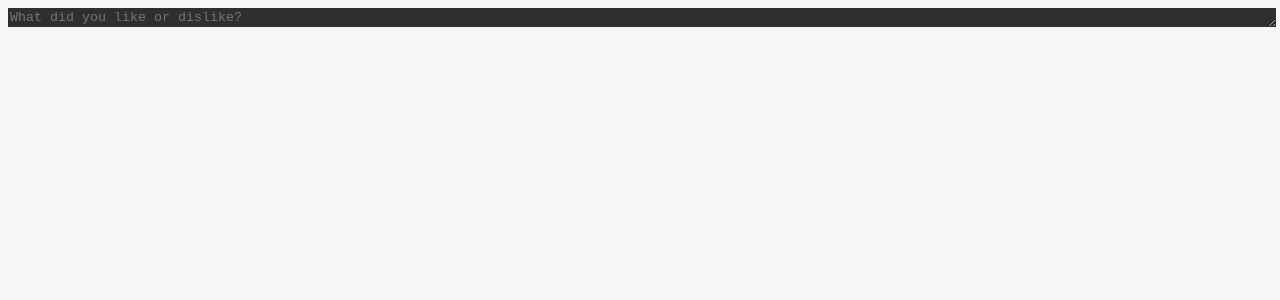
Repository: toasted226/onehandkeyboard
Page: /
These files come from the project's save history. The page is drawn as it stood at one moment and after the next save; the edit follows.
The browser window is 1280 px wide. The pictures show the whole page.
The project was rebuilt for these pictures with package versions that can differ from the ones it lists, and the page was loaded fresh each time. Also part of the build but not shown: vite.config.ts, src/App.css.

Above is the page before, as saved 2023-07-22 17:46:00.

### src/App.tsx
import "./App.css";
import Textbox from "./Textbox";

function App() {
  return (
    <div>
      <Textbox />
    </div>
  );
}

export default App;

### src/Textbox.tsx
import { useState, useRef } from "react";
import useAutosizeTextArea from "./useAutosizeTextArea";
import "./Textbox.css";

function Textbox() {
    const [value, setValue] = useState("");
    const textAreaRef = useRef<HTMLTextAreaElement>(null);

    useAutosizeTextArea(textAreaRef.current, value);

    const handleChange = (evt: React.ChangeEvent<HTMLTextAreaElement>) => {
        const val = evt.target?.value;

        setValue(val);
    };

    return (
        <>
            <textarea
                className="textbox"
                onChange={handleChange}
                placeholder="What did you like or dislike?"
                ref={textAreaRef}
                rows={1}
                value={value}>

                </textarea>
        </>
    );
}

export default Textbox;

### src/useAutosizeTextArea.ts
import { useEffect } from "react";

// Updates the height of a <textarea> when the value changes.
const useAutosizeTextArea = (
  textAreaRef: HTMLTextAreaElement | null,
  value: string
) => {
  useEffect(() => {
    if (textAreaRef) {
      // We need to reset the height momentarily to get the correct scrollHeight for the textarea
      textAreaRef.style.height = "0px";
      const scrollHeight = textAreaRef.scrollHeight;

      // We then set the height directly, outside of the render loop
      // Trying to set this with state or a ref will product an incorrect value.
      textAreaRef.style.height = scrollHeight + "px";
    }
  }, [textAreaRef, value]);
};

export default useAutosizeTextArea;

### src/Textbox.css
.textbox {
    width: 100%;
    height: 100%;
    background-color: #2f2f2f;
    border: none;
}

Loaded but not shown: index.html (common file); src/main.tsx (common file); src/styles.css (common file)

After the next save:
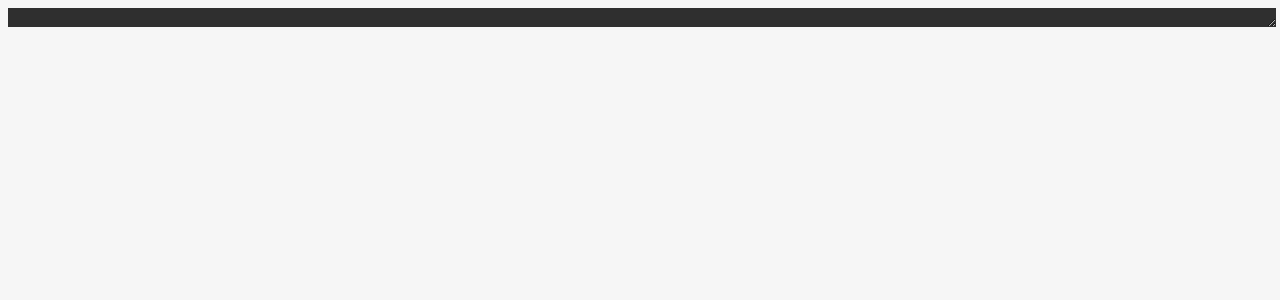
Saved 19 s later.
--- a/src/Textbox.tsx
+++ b/src/Textbox.tsx
@@ -19,7 +19,7 @@ function Textbox() {
             <textarea
                 className="textbox"
                 onChange={handleChange}
-                placeholder="What did you like or dislike?"
+                placeholder=""
                 ref={textAreaRef}
                 rows={1}
                 value={value}>
